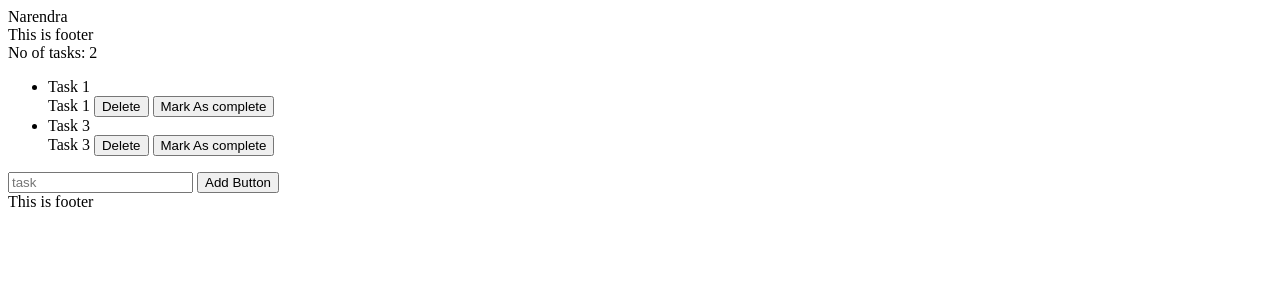
Repository: narendraiitm/jan-2023-term-live-session
Page: todo-vue/index.html
These files come from the project's save history. The page is drawn as it stood at one moment and after the next save; the edit follows.
The browser window is 1280 px wide. The pictures show the whole page.

Above is the page before, as saved 2023-02-16 17:49:07.

### todo-vue/index.html
<!DOCTYPE html>
<html lang="en">
  <head>
    <meta charset="UTF-8" />
    <meta http-equiv="X-UA-Compatible" content="IE=edge" />
    <meta name="viewport" content="width=device-width, initial-scale=1.0" />
    <title>Document</title>
    <style>
      .complete {
        color: red;
      }
    </style>
  </head>
  <body>
    <div id="app"></div>
    <script src="https://cdn.jsdelivr.net/npm/vue@2/dist/vue.js"></script>
    <script src="./app.js" type="module"></script>
  </body>
</html>

### todo-vue/app.js
import Footer from './Components/Footer.js'
import Task from './Components/Task.js'

Vue.component('Header', {
  template: `<div> {{name}}
  <Footer />
  </div>`,
  data() {
    return {
      name: 'Narendra',
    }
  },
  components: {
    Footer: Footer,
  },
})

new Vue({
  // options object
  el: '#app',
  template: `<div>
  <Header />
  <div> No of tasks: {{noOfTasks}} </div>
  <ul>

    <li v-for='(task, index) in tasks'>
        <Task :childTask="task" />
        <span :class='{complete: task.complete}'>{{task.name}}</span>
        <button @click='deleteTask(index)'> Delete</button>
        <button @click='markAsComplete(index)'> Mark As complete</button>
    </li>
  </ul>
  <input placeholder='task' v-model='currentTask' />
  <button @click='addTask()'> Add Button </button>
  <Footer />
  </div>`,
  data: {
    currentTask: null,
    tasks: [
      { name: 'Task 1', complete: false },
      { name: 'Task 3', complete: false },
    ],
  },
  components: {
    Footer,
    Task,
  },
  methods: {
    addTask() {
      this.tasks.push({ name: this.currentTask })
    },
    deleteTask(index) {
      this.tasks.splice(index, 1)
    },
    markAsComplete(index) {
      this.tasks[index].complete = true
    },
  },
  computed: {
    noOfTasks() {
      return this.tasks.length
    },
  },
  watch: {
    currentTask(newVal, oldVal) {
      if (newVal.length > 5) {
        alert('Length of the task cannot be more then 5')
      }
    },
  },
})

### todo-vue/Components/Footer.js
export default {
  template: `<div> This is footer </div>`,
}

### todo-vue/Components/Task.js
export default {
  template: `<div>
    <span>{{childTask.name}}</span>
    </div>`,
  props: ['childTask'],
}

After the next save:
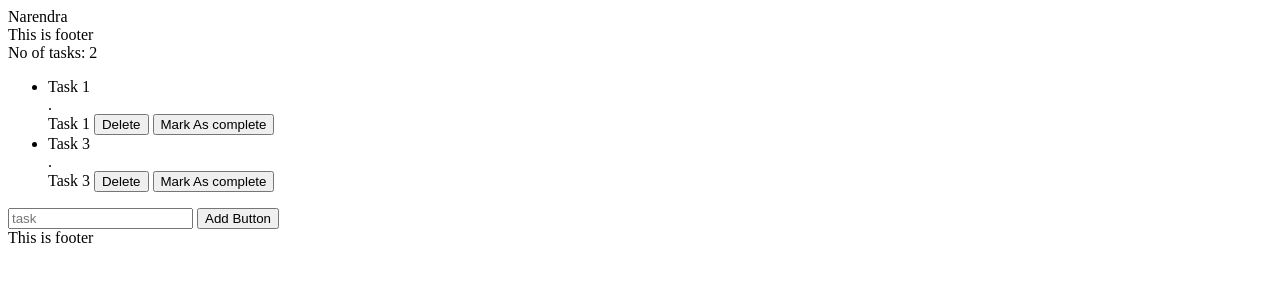
Saved 57 s later.
--- a/todo-vue/Components/Task.js
+++ b/todo-vue/Components/Task.js
@@ -1,6 +1,7 @@
 export default {
   template: `<div>
     <span>{{childTask.name}}</span>
+    <div> {{name}} </div>.
     </div>`,
-  props: ['childTask'],
+  props: ['childTask', 'name'],
 }
